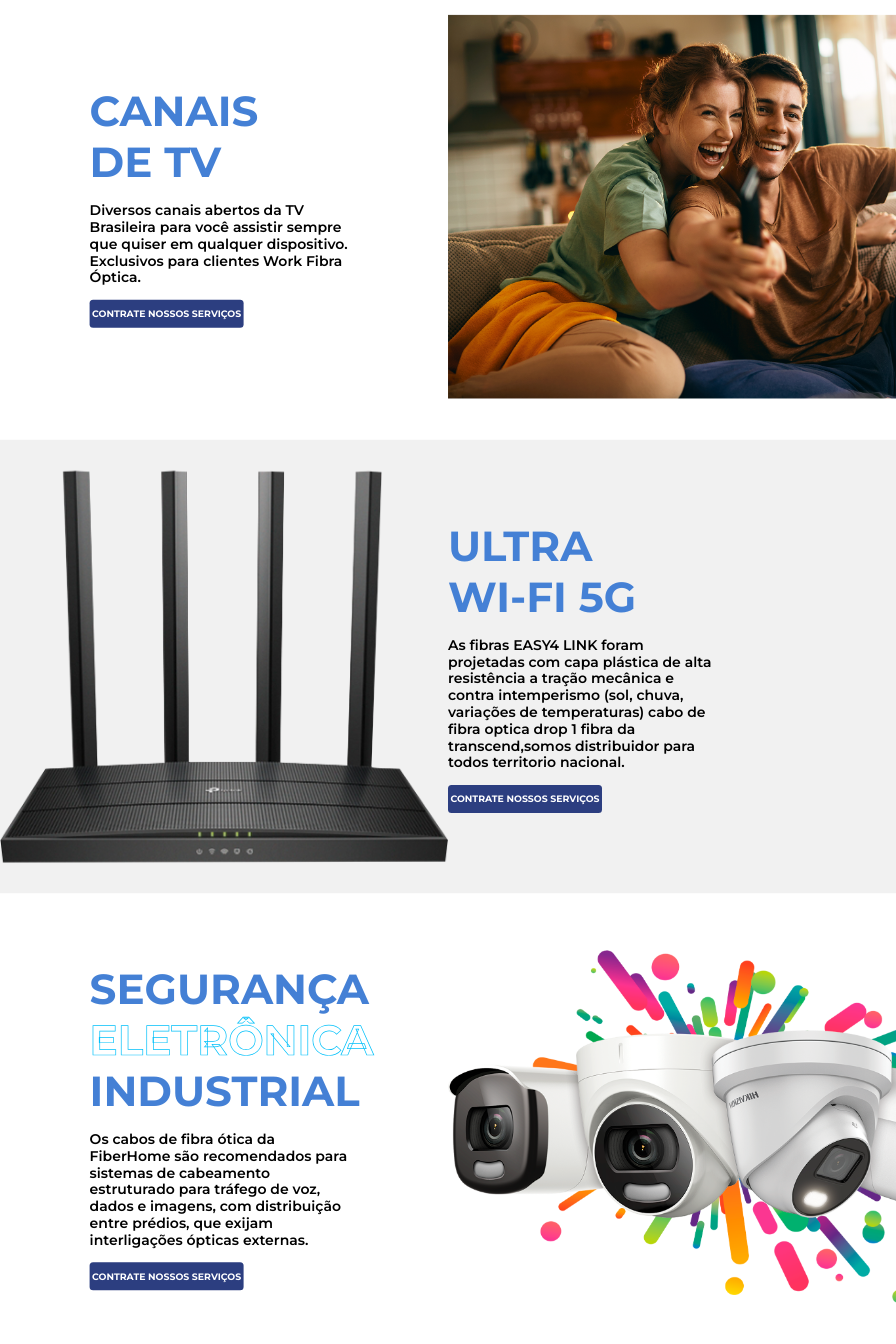
Repository: mateus-henrique-silva/WorkBandaLarga
Page: site_work/src/Pages/campos.html
These files come from the project's save history. The page is drawn as it stood at one moment and after the next save; the edit follows.
The browser window is 1280 px wide. The pictures show the part of the page from y = 1735 to 3655 px (the page is 5184 px tall), at 70% of full size.
Backgrounds fixed to the window are drawn as part of the page. Some web fonts or font styles are not loaded; a fallback is used.

Above is the page before, as saved 2022-09-21 08:19:35.

After the next save:
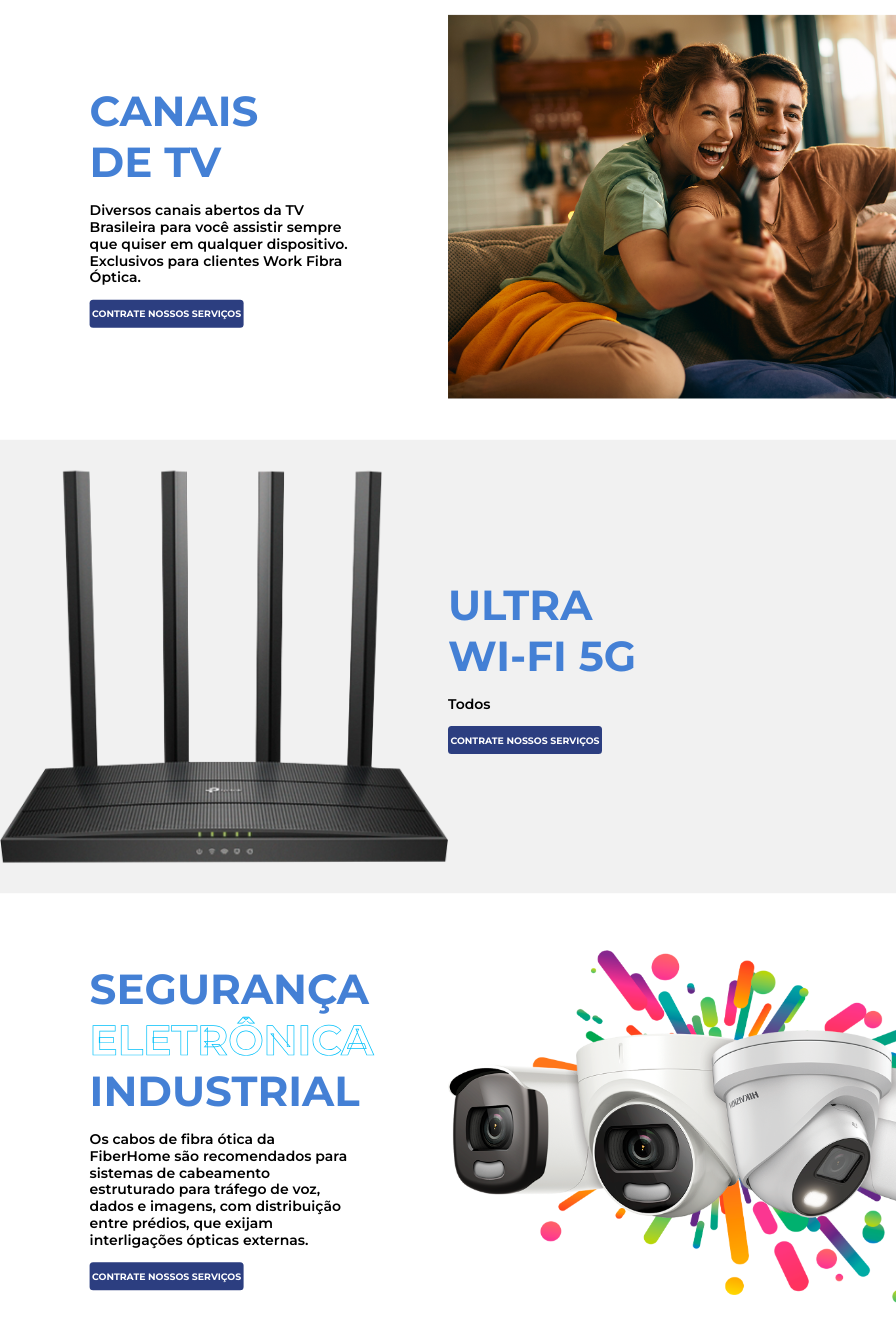
Saved 37 s later.
--- a/site_work/src/Pages/campos.html
+++ b/site_work/src/Pages/campos.html
@@ -436,10 +436,7 @@
         <div class="just-text">
           <h2>ULTRA <br> WI-FI 5G</h2>
           <p>
-            As fibras EASY4 LINK foram projetadas com capa plástica de alta
-            resistência a tração mecânica e contra intemperismo (sol, chuva,
-            variações de temperaturas) cabo de fibra optica drop 1 fibra da
-            transcend,somos distribuidor para todos territorio nacional.
+          Todos
           </p>
           <button onclick="onClickLink()" class="btn-king">
             Contrate nossos serviços
